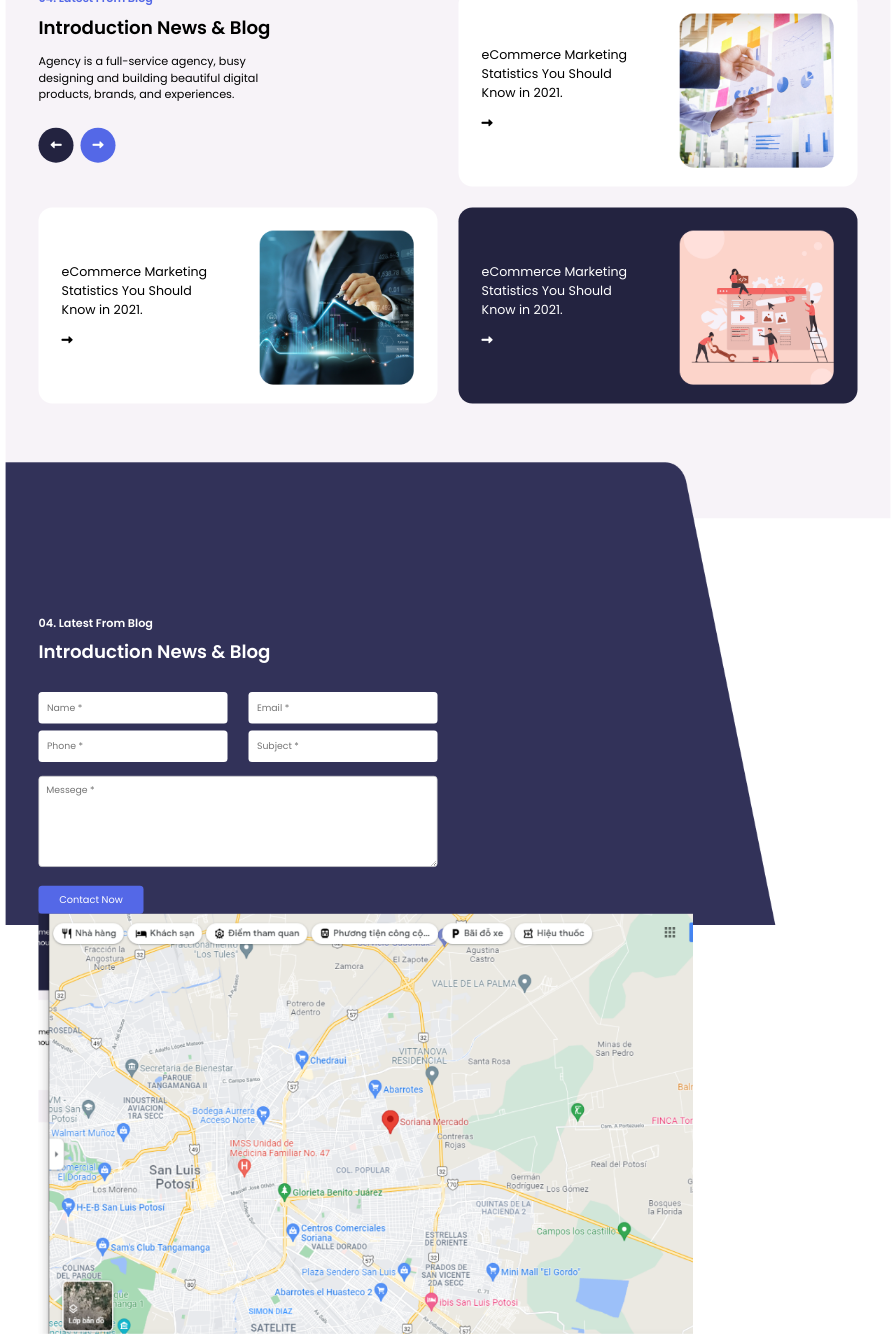
Repository: tranchi0120/LangdingPage-Htmlcss-Ago
Page: index.html
An editor plug-in stored every save of this project. The page is shown before and after the next save, followed by the edit.
The browser window is 1280 px wide. The pictures show the part of the page from y = 3609 to 5529 px (the page is 5529 px tall before and 4937 px after), at 70% of full size.
Some web libraries are served in a nearby version. The style sheet was rebuilt from its Sass, Less or Tailwind sources for each picture, by a compiler version that may differ from the author's.

Above is the page before, as saved 2022-07-15 10:14:16.

### index.html
<!DOCTYPE html>
<html lang="en">

<head>
    <meta charset="UTF-8" />
    <meta http-equiv="X-UA-Compatible" content="IE=edge" />
    <meta name="viewport" content="width=device-width, initial-scale=1.0" />
    <title>Ago</title>
    <!-- css -->
    <link rel="stylesheet" href="./css/app.css" />
    <!-- google font  -->
    <link rel="preconnect" href="https://fonts.googleapis.com" />
    <link rel="preconnect" href="https://fonts.gstatic.com" crossorigin />
    <link href="https://fonts.googleapis.com/css2?family=Poppins:wght@400;600&display=swap" rel="stylesheet" />
    <!-- google icon awaresome -->
    <link rel="stylesheet" href="https://cdnjs.cloudflare.com/ajax/libs/font-awesome/6.1.1/css/all.min.css">
    <!-- sass ./sass/app.scss ./css/app.css --watch -->
</head>

<body>
    <header class="header">
        <div class="header-top container">
            <span class="header-top-title">
                Welcome to Ago! Building Creative Business Agency
            </span>
            <div class="header-top-right">
                <div class="header-login">
                    <i class="fa-solid fa-user"></i>
                    <a href="#!" style="color:#666666">Login</a>
                </div>
                <div class="header-nation">
                    <i class="fa-solid fa-globe"></i>
                    <span class="header-language">English</span>
                    <i class="fa-solid fa-angle-down"></i>
                </div>
            </div>
        </div>
        <div class="header-line">
        </div>
        <div class="header-under container">
            <div class="header-under-logo">
                <div class="header-under-image">
                    <img class="header-under-img" src="./images/logo.png" alt="#">
                </div>
                <span class="header-under-name">Ago</span>
            </div>
            <div class="header-menu">
                <ul class="menu">
                    <li class="menu-item">
                        <a href="#" class="menu-link">Home</a>
                    </li>
                    <li class="menu-item">
                        <a href="#" class="menu-link">Features</a>
                        <i class="fa-solid fa-angle-down"></i>
                    </li>
                    <li class="menu-item">
                        <a href="#" class="menu-link">Services</a>
                    </li>
                    <li class="menu-item">
                        <a href="#" class="menu-link">Pages</a>
                    </li>
                    <li class="menu-item">
                        <a href="#" class="menu-link">Blog</a>
                    </li>
                    <li class="menu-item">
                        <a href="#" class="menu-link">Support</a>
                    </li>
                </ul>
                <div class="menu-button">
                    <i class="fa-solid fa-magnifying-glass menu-icon"></i>
                    <div class="button">Contact Us</div>
                </div>
            </div>
        </div>
    </header>
    <main>
        <section class="hero">
            <div class="container">
                <div class="hero-main">
                    <div class="hero-left">
                        <div class="hero-title">
                            Trusted Professional Service.
                        </div>
                        <span class="hero-content">
                            Ago is a full-service agency, busy designing and building beautiful digital products,
                            brands, and
                            experiences.
                        </span>
                        <div class="hero-button">
                            <div class="button">Recent Work</div>
                        </div>
                        <div class="hero-down">
                            <div class="hero-icondown">
                                <i style="color:#ffffff ;" class="fa-solid fa-arrow-down"></i>
                            </div>
                            <p class="hero-scroll">
                                Scroll Down
                            </p>
                        </div>
                    </div>
                    <div class="hero-right">
                        <img src="./images/hero.png" alt="#">
                    </div>
                </div>
            </div>
        </section>
        <section class="about">
            <div class="container">
                <div class="about-main">
                    <div class="about-images">
                        <img src="./images/about1.png" alt="#" class="about-img1">
                        <img src="./images/about2.png" alt="#" class="about-img2">
                        <img src="./images/about3.png" alt="#" class="about-img3">
                    </div>
                    <div class="about-us">
                        <h5 class="about-number">
                            01. About Us
                        </h5>
                        <div class="about-title">
                            We Make Designs that Lead and Inpire.
                        </div>
                        <div class="about-name">
                            A design team building a created
                            marketplace for UI designers.
                        </div>
                        <div class="about-content">
                            2,360 curated design resources to energize your creative workflow. We're a growing family of
                            682,268 designers and makers from around the world
                        </div>
                        <div class="menu-button">
                            <div class="button">Contact Us</div>
                        </div>
                    </div>
                </div>
            </div>
        </section>
        <section class="interactive">
            <div class="container">
                <div class="interactive-main">
                    <h5 class="interactive-number">
                        02. What We Do
                    </h5>
                    <div class="interactive-title">
                        <span class="interactive-name">
                            We Make Designs that Lead and Inpire.
                        </span>
                        <i class="fa-solid fa-left-long interactive-iconleft"></i>
                        <i class="fa-solid fa-right-long"></i>
                    </div>
                    <div class="interactive-group">
                        <div class="interactive-box">
                            <div class="row-circle">
                                <img class="row-img" src="./images/row1.png" alt="#">
                                <h2 class="row-number">
                                    26k
                                </h2>
                                <span class="row-title">
                                    Happy Clients
                                </span>
                            </div>
                            <div class="row-circle2">
                                <img class="row-img" src="./images/row2.png" alt="#">
                                <h2 class="row-number2">
                                    76k
                                </h2>
                                <span class="row-title2">
                                    Project Done
                                </span>
                                <span class="row-content2">
                                    Lorem ipsum dolor sit amet, consectetur adipiscing elit. Mauris sapien egestas augue
                                    enim amet scelerisque.
                                </span>
                            </div>
                            <div class="row-circle">
                                <img class="row-img" src="./images/row3.png" alt="#">
                                <h2 class="row-number">
                                    20k
                                </h2>
                                <span class="row-title">
                                    AWARDS WON
                                </span>
                            </div>
                            <div class="row-circle">
                                <img class="row-img" src="./images/row4.png" alt="#">
                                <h2 class="row-number">
                                    20k
                                </h2>
                                <span class="row-title">
                                    DAILY DATA INPUT
                                </span>
                            </div>
                        </div>
                    </div>
                </div>
            </div>
        </section>
        <section class="service">
            <div class="container">
                <h5 class="service-number">
                    03. Our Services
                </h5>
                <div class="service-title">
                    <span class="service-name">
                        Welcome to Our Professional Service
                    </span>
                </div>
                <div class="service-main">
                    <div class="service-left">
                        <h2 class="service-left-title">
                            Professional Website
                            Design Consulting
                        </h2>
                        <p class="service-left-content">
                            Agency is a full-service agency, busy designing and building beautiful digital products,
                            brands, and experiences.
                        </p>
                        <div class="menu-button">
                            <div class="button">View Detail</div>
                        </div>
                        <div class="service-left-images">
                            <img src="./images/service1.png" alt="#" class="service-left-img">
                            <img src="./images/service2.png" alt="#" class="service-left-img">
                            <img src="./images/service3.png" alt="#" class="service-left-img">
                        </div>
                    </div>
                    <div class="service-right">
                        <img src="./images/service4.png" alt="#" class="service-right-img">
                    </div>
                </div>
                <div class="service-bottom">
                    <div class="service-box">
                        <div class="service-box-imgs">
                            <img src="./images/logo1.png" alt="#" class="service-box-img">
                        </div>
                        <div class="service-box-text">
                            <h2 class="service-box-title">CREATIVE</h2>
                            <p class="service-box-slogan">YOUR SLOGAN HERE</p>
                        </div>
                    </div>
                    <div class="service-box">
                        <div class="service-box-imgs">
                            <img src="./images/logo2.png" alt="#" class="service-box-img">
                        </div>
                        <div class="service-box-text">
                            <h2 class="service-box-title">CREATIVE</h2>
                            <p class="service-box-slogan">YOUR SLOGAN HERE</p>
                        </div>
                    </div>
                    <div class="service-box">
                        <div class="service-box-imgs">
                            <img src="./images/logo3.png" alt="#" class="service-box-img">
                        </div>
                        <div class="service-box-text">
                            <h2 class="service-box-title">COMPANY</h2>
                            <p class="service-box-slogan">YOUR SLOGAN HERE</p>
                        </div>
                    </div>
                    <div class="service-box">
                        <div class="service-box-imgs">
                            <img src="./images/logo4.png" alt="#" class="service-box-img">
                        </div>
                        <div class="service-box-text">
                            <h2 class="service-box-title">CREATIVE</h2>
                            <p class="service-box-slogan">YOUR SLOGAN HERE</p>
                        </div>
                    </div>
                    <div class="service-box">
                        <div class="service-box-imgs">
                            <img src="./images/logo5.png" alt="#" class="service-box-img">
                        </div>
                        <div class="service-box-text">
                            <h2 class="service-box-title">COMPANY</h2>
                            <p class="service-box-slogan">YOUR SLOGAN HERE</p>
                        </div>
                    </div>
                    <div class="service-box">
                        <div class="service-box-imgs">
                            <img src="./images/logo6.png" alt="#" class="service-box-img">
                        </div>
                        <div class="service-box-text">
                            <h2 class="service-box-title">CREATIVE</h2>
                            <p class="service-box-slogan">YOUR SLOGAN HERE</p>
                        </div>
                    </div>
                </div>
            </div>
        </section>
        <section class="latest">
            <div class="container">
                <div class="latest-main">
                    <div class="latest-group">
                        <h5 class="latest-number">
                            04. Latest From Blog
                        </h5>
                        <span class="latest-title">
                            Introduction News & Blog
                        </span>
                        <p class="latest-content">
                            Agency is a full-service agency, busy designing and building beautiful digital products,
                            brands, and experiences.
                        </p>
                        <div class="latest-icon">
                            <div class="latest-icon-left">
                                <i class="fa-solid fa-left-long"></i>
                            </div>
                            <div class="latest-icon-right">
                                <i class="fa-solid fa-right-long"></i>
                            </div>
                        </div>
                    </div>
                    <div class="latest-groups">
                        <div class="latest-box">
                            <p class="latest-text">
                                eCommerce Marketing
                                Statistics You Should
                                Know in 2021.
                            </p>
                            <i class="fa-solid fa-right-long"></i>
                        </div>
                        <div class="latest-image">
                            <img src="./images/latest1.png" alt="#" class="latest-img">
                        </div>
                    </div>
                    <div class="latest-groups">
                        <div class="latest-box">
                            <p class="latest-text">
                                eCommerce Marketing
                                Statistics You Should
                                Know in 2021.
                            </p>
                            <i class="fa-solid fa-right-long"></i>
                        </div>
                        <div class="latest-image">
                            <img src="./images/latest2.png" alt="#" class="latest-img">
                        </div>
                    </div>
                    <div class="latest-groups3">
                        <div class="latest-box3">
                            <p class="latest-text3">
                                eCommerce Marketing
                                Statistics You Should
                                Know in 2021.
                            </p>
                            <i class="fa-solid fa-right-long"></i>
                        </div>
                        <div class="latest-image">
                            <img src="./images/latest3.png" alt="#" class="latest-img">
                        </div>
                    </div>
                </div>
            </div>
        </section>
        <section class="contact">
            <img class="contact-background" src="./images/background.png" alt="#">
            <div class="container">
                <div class="contact-main">
                    <div class="contact-left">
                        <h5 class="contact-left-number">
                            04. Latest From Blog
                        </h5>
                        <span class="contact-left-title">
                            Introduction News & Blog
                        </span>
                        <div class="contact-left-import">
                            <input class="contact-left-input" type="text" placeholder="Name *">
                            <input class="contact-left-input" type="text" placeholder="Email *">
                            <input class="contact-left-input" type="text" placeholder="Phone *">
                            <input class="contact-left-input" type="text" placeholder="Subject *">
                        </div>
                        <textarea class="contact-left-textarea" name="text" id="#" cols="30" rows="10"
                            placeholder="Messege *"></textarea>
                        <div class="menu-button">
                            <div class="button">Contact Now</div>
                        </div>
                    </div>
                    <div class="contact-right">
                        <img class="contact-right-img" src="./images/map.png" alt="#">
                    </div>
                </div>
            </div>
        </section>
    </main>
    <footer>
    </footer>
</body>

</html>

### sass/app.scss
@import "global";
@import "header";
@import "menu";
@import "variable";
@import "hero";
@import "about";
@import "interactive";
@import "row";
@import "service";
@import "latest";
@import "contact";

### sass/_global.scss
.container {
    max-width: 1170px;
    margin: 0 auto;
}
.body {
    background: #ffffff;
}
* {
    box-sizing: border-box;
    font-family: "Poppins", sans-serif;
}
a {
    text-decoration: none;
}
ul {
    list-style-type: none !important;
}
.button {
    border: none;
    padding: auto;
    width: 150px;
    background: #5468e7;
    height: 40px;
    text-align: center;
    justify-content: center;
    padding: 7px;
    border-radius: 5px;
    color: white;
    font-size: 14px;
    line-height: 21px;
    padding: 10px;
}

### sass/_header.scss
.header {
    &-top {
        max-width: 1170px;
        margin: 0 auto;
        color: #666666;
        display: flex;
        justify-content: space-between;
        align-items: center;
        padding: 10px;
        &-right {
            display: flex;
            gap: 20px;
        }
    }
    &-line {
        width: 100%;
        height: 1px;
        background-color: #c7c2c2;
    }
    &-under {
        height: 96px;
        display: flex;
        gap: 0 85px;
        align-items: center;
        &-logo {
            display: flex;
        }
        &-image {
            width: 52.5px;
            height: 60px;
        }
        &-img {
            width: 100%;
        }
        &-name {
            padding: 10px;
            line-height: 39px;
            font-weight: 600;
            font-size: 26px;
            color: #000000;
        }
    }
    &-menu {
        gap: 195px;
        display: flex;
    }
}

### sass/_menu.scss
.menu {
    height: 24px;
    width: 550px;
    display: flex;
    justify-content: space-between;
    align-items: center;
    // gap: 40px;
    &-button {
        display: flex;
        gap: 29px;
    }
    &-icon {
        width: 18px;
        display: inline-block;
        padding-top: 15px;
        color: #666666;
    }

    &-link {
        color: #000000;
        font-weight: 400;
        font-size: 16px;
        line-height: 24px;
    }
}

### sass/_variable.scss
$font: "Poppins", sans-serif;
$color1: #232340;
$color2: #323259;
$color-btn: #5468e7;
$black: #222222;
$white: #ffffff;

### sass/_hero.scss
.hero {
    height: 800px;
    margin-top: 55px;
    &-main {
        display: flex;

        align-items: center;
    }
    &-title {
        width: 260px;
        line-height: 60px;
        font-weight: 600;
        font-size: 40px;
        margin-bottom: 23px;
    }
    &-content {
        height: 46px;
        width: 317px;
        font-weight: 400;
        font-size: 16px;
        display: inline-block;
        margin-bottom: 60px;
        margin-right: 147px;
    }
    &-down {
        margin-top: 114px;
        display: flex;
        gap: 9px;
    }
    &-icondown {
        border-radius: 50%;
        width: 45px;
        height: 45px;
        text-align: center;
        padding: 13px;
        background: #c897e4;
    }
}

### sass/_interactive.scss
.interactive {
    background: #f7f3f8;
    height: 752px;
    &-number {
        margin-bottom: 10px;
        margin-top: 100px;
        display: inline-block;
        color: #5468e7;
        font-size: 16px;
        line-height: 24px;
        font-weight: 600;
    }
    &-name {
        display: inline-block;
        line-height: 39px;
        font-size: 26px;
        font-weight: 600;
        margin-bottom: 75px;
    }
    &-iconleft {
        margin-right: 19px;
        margin-left: 594px;
    }
    &-box {
        max-height: 360px;
        background: white;
        display: grid;
        grid-template-columns: repeat(4, 1fr) !important;
        border-radius: 30px;
    }
}

### sass/_row.scss
.row {
    &-img {
        padding: 45px 85px 15px 105px;
    }
    &-number {
        text-align: center;
        font-size: 40px;
        line-height: 60px;
        font-weight: 600;
    }
    &-title {
        font-size: 20px;
        line-height: 30px;
        font-weight: 600;
        display: block;
        text-align: center;
    }
    &-content {
        display: block;
        font-size: 12px;
        line-height: 18px;
        text-align: center;
    }
    &-circle2 {
        color: white;
        margin-top: -40px;
        height: 440px;
        background: #5468e7;
        border-radius: 30px;
    }
    &-number2 {
        text-align: center;
        font-size: 40px;
        line-height: 60px;
        font-weight: 600;
    }
    &-title2 {
        font-size: 20px;
        line-height: 30px;
        font-weight: 600;
        display: block;
        text-align: center;
    }
    &-content2 {
        margin-top: 12px;
        display: block;
        font-size: 12px;
        line-height: 18px;
        text-align: center;
    }
}

### sass/_contact.scss
.contact {
    &-background {
        margin-top: -80px;
    }
    &-left {
        margin-top: -450px;
        &-number {
            margin-bottom: 10px;
            margin-top: 0;
            font-weight: 600;
            line-height: 24px;
            color: white;
            font-size: 16px;
        }
        &-title {
            display: block;
            font-size: 26px;
            line-height: 39px;
            font-weight: 600;
            margin-bottom: 25px;
            color: white;
            margin-bottom: 37px;
        }
        &-input {
            padding: 12px;
            border-radius: 5px;
            height: 45px;
            width: 270px;
            border: none;
        }
        &-import {
            width: 570px;
            display: grid;
            grid-template-columns: repeat(2, 1fr);
            gap: 10px 30px;
        }
        &-textarea {
            padding: 10px;
            border-radius: 5px;
            border: 1px solid #cccccc;
            height: 130px;
            width: 570px;
            margin-top: 20px;
            margin-bottom: 20px;
        }
    }
}

Loaded but not shown: sass/_service.scss (94 lines, source omitted); sass/_latest.scss (87 lines, source omitted); sass/_about.scss (57 lines, source omitted)

After the next save:
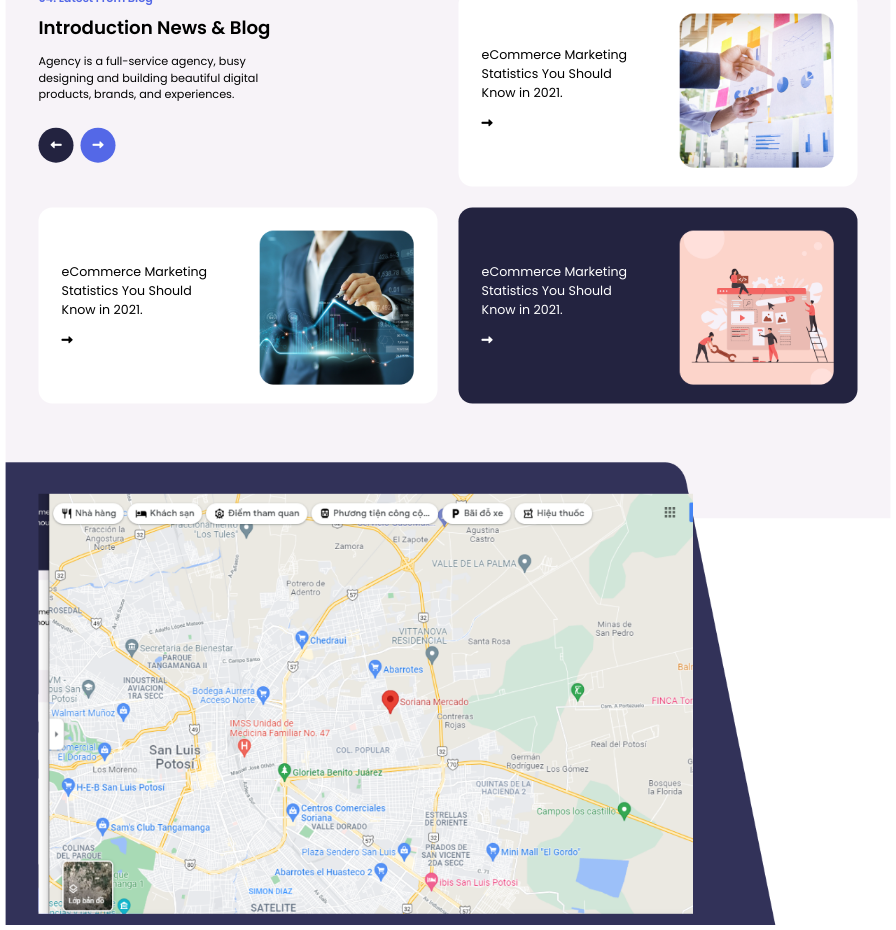
Saved 17 s later.
--- a/sass/_contact.scss
+++ b/sass/_contact.scss
@@ -44,4 +44,8 @@
             margin-bottom: 20px;
         }
     }
+
+    &-right {
+        margin-top: -600px;
+    }
 }
